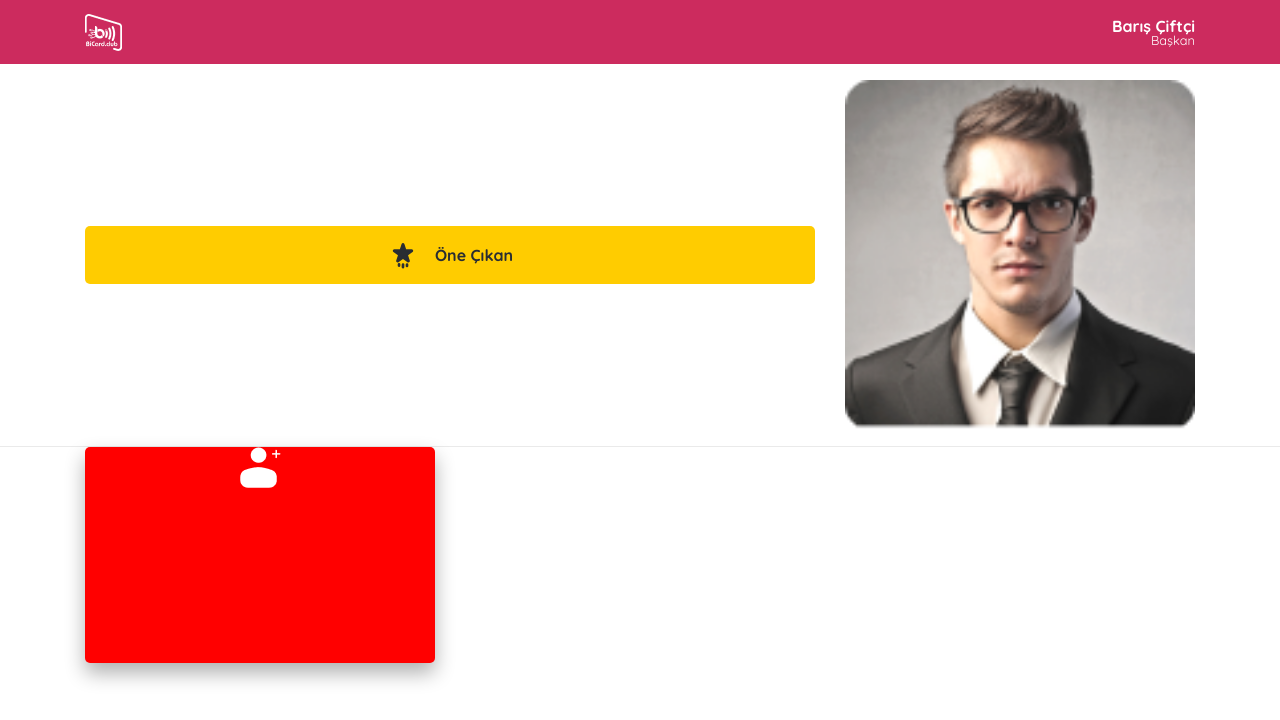
Repository: KayahanKahriman/bicard
Page: index.html
The author's editor kept a copy of each file at every save. The page is drawn from the files as they stood at one save, then again after the next save.
The browser window is 1280 px wide. The pictures show the whole page.
The style sheet was rebuilt from its Sass, Less or Tailwind sources for each picture, by a compiler version that may differ from the author's.

Above is the page before, as saved 2021-12-01 12:18:34.

### index.html
<!doctype html>
<html>

<head>
    <meta name="viewport" content="width=device-width, initial-scale=1, maximum-scale=1, user-scalable=no">
    <meta charset="utf-8" />
    <title>Title</title>
    <link rel="preconnect" href="https://fonts.googleapis.com">
    <link rel="preconnect" href="https://fonts.gstatic.com" crossorigin>
    <link href="https://fonts.googleapis.com/css2?family=Quicksand:wght@400;500;700&display=swap" rel="stylesheet">
    <link href="./assets/css/style.css" type="text/css" rel="stylesheet" />
</head>

<body>
    <header id="app-bar">
        <div class="container h-100">
            <div class="row h-100 align-items-center justify-content-between">
                <div class="col-1">
                    <img src="./assets/images/logo.png" alt="">
                </div>
                <div class="col-11">
                    <div id="app-bar-right">
                        <p id="person-name">Barış Çiftçi</p>
                        <p id="person-title">Başkan</p>
                    </div>
                </div>
            </div>
        </div>
    </header>

    <section id="profile" class="py-3">
        <div class="container">
            <div class="row align-items-center justify-content-center text-center">
                <div class="col-8">
                    <a href="#" class="button jumbo-button button-has-icon"><img src="./assets/images/ranking.svg" alt="">Öne Çıkan</a>
                </div>
                <div class="col-4">
                    <img class="img-contain" src="./assets/images/avatar.png" alt="">
                </div>
            </div>
        </div>
    </section>

    <section id="icon-grid">
        <div class="container">
            <div class="row">
                <div class="col-4">
                    <div class="icon-grid-item">
                        <img src="./assets/images/user-add.png" alt="">
                    </div>
                </div>
            </div>
        </div>
    </section>

    <script src="https://unpkg.com/swiper/swiper-bundle.min.js"></script>
    <script type="text/javascript" src="assets/js/index.js"></script>
</body>

</html>

### assets/scss/style.scss
@import "main";

#app-bar {
  background-color: var(--primary-color);
  height: var(--app-bar-height);
  width: 100%;
  color: white;

  #person-name,
  #person-title {
    line-height: 1;
    text-align: right;
    margin-bottom: 0;
  }

  #person-name {
    font-weight: 600;
  }

  #person-title {
    font-size: 0.8em;
  }
}

#profile {
  background-color: white;
  position: relative;
  top: var(--app-bar-height);
  position: sticky;
  width: 100%;
  border-bottom: 1px solid var(--border-color);
}

/*------------------------------------*\
    RESPONSIVE
\*------------------------------------*/

@media only screen and (min-width: 320px) {
}

@media only screen and (min-width: 480px) {
}

@media only screen and (min-width: 768px) {
}

@media only screen and (min-width: 1024px) {
}

@media only screen and (min-width: 1140px) {
}

@media only screen and (min-width: 1280px) {
}

@media only screen and (-webkit-min-device-pixel-ratio: 1.5),
  only screen and (min-resolution: 144dpi) {
}

### assets/scss/_main.scss
@import "./flex-grid/flexgrid";
@import "vars";
@import "https://unpkg.com/swiper/swiper-bundle.min.css";

*,
*:after,
*:before {
  margin: 0;
  padding: 0;
  -webkit-font-smoothing: antialiased;
  text-rendering: optimizeLegibility;
}

.row-no-padding {
  margin-left: 0;
  margin-right: 0;

  [class*="col-"] {
    padding-left: 0 !important;
    padding-right: 0 !important;
  }
}

a {
  color: var(--link-color);
  text-decoration: none;
}

a:hover,
a:focus,
a:active {
  text-decoration: none;
  outline: none;
}

html,
body {
  height: 100%;
  min-height: 100%;
}

body {
  font-size: 16px;
  color: var(--text-color);
  font-family: var(--primary-font);
  font-weight: 400;
}

.button {
  border-radius: 5px;
  padding: 0.5em 1em;
  transition: all 0.3s ease-in-out;

  &:hover {
    color: var(--text-color);
  }
}

.primary-button {
  background-color: var(--primary-color);

  &:hover {
    background-color: var(--primary-font);
  }
}

.jumbo-button {
  background-color: var(--secondary-color);
  font-weight: 600;
  padding: 0.8em 2em;

  &:hover {
    background-color: var(--darker-secondary-color);
  }
}

.button-has-icon {
  display: flex;
  align-items: center;
  justify-content: center;
  column-gap: 1em;

  img,
  svg {
    width: 2em;
    height: 2em;
    object-position: center;
    object-fit: contain;
  }
}

.img-contain {
  width: 100%;
  height: 100%;
  object-fit: contain;
  object-position: center center;
}

.icon-grid-item {
  border-radius: 5px;
  background-color: red;
  box-shadow: 0 10px 20px #00000050;
  width: 100%;
  padding-bottom: 50%;
  display: flex;
  align-items: center;
  justify-content: center;
}

### assets/scss/flex-grid/_flexgrid.scss
@import "functions";
@import "variables";
@import "mixins";
@import "reboot";
@import "utilities";
@import "grid";

### assets/scss/flex-grid/_functions.scss
// Bootstrap functions
//
// Utility mixins and functions for evaluating source code across our variables, maps, and mixins.

// Ascending
// Used to evaluate Sass maps like our grid breakpoints.
@mixin _assert-ascending($map, $map-name) {
  $prev-key: null;
  $prev-num: null;
  @each $key, $num in $map {
    @if $prev-num == null or unit($num) == "%" {
      // Do nothing
    } @else if not comparable($prev-num, $num) {
      @warn "Potentially invalid value for #{$map-name}: This map must be in ascending order, but key '#{$key}' has value #{$num} whose unit makes it incomparable to #{$prev-num}, the value of the previous key '#{$prev-key}' !";
    } @else if $prev-num >= $num {
      @warn "Invalid value for #{$map-name}: This map must be in ascending order, but key '#{$key}' has value #{$num} which isn't greater than #{$prev-num}, the value of the previous key '#{$prev-key}' !";
    }
    $prev-key: $key;
    $prev-num: $num;
  }
}

// Starts at zero
// Used to ensure the min-width of the lowest breakpoint starts at 0.
@mixin _assert-starts-at-zero($map, $map-name: "$grid-breakpoints") {
  $values: map-values($map);
  $first-value: nth($values, 1);
  @if $first-value != 0 {
    @warn "First breakpoint in #{$map-name} must start at 0, but starts at #{$first-value}.";
  }
}

// Replace `$search` with `$replace` in `$string`
// Used on our SVG icon backgrounds for custom forms.
//
// @author Hugo Giraudel
// @param {String} $string - Initial string
// @param {String} $search - Substring to replace
// @param {String} $replace ('') - New value
// @return {String} - Updated string
@function str-replace($string, $search, $replace: "") {
  $index: str-index($string, $search);

  @if $index {
    @return str-slice($string, 1, $index - 1) + $replace + str-replace(str-slice($string, $index + str-length($search)), $search, $replace);
  }

  @return $string;
}

// Color contrast
@function color-yiq($color, $dark: $yiq-text-dark, $light: $yiq-text-light) {
  $r: red($color);
  $g: green($color);
  $b: blue($color);

  $yiq: (($r * 299) + ($g * 587) + ($b * 114)) / 1000;

  @if ($yiq >= $yiq-contrasted-threshold) {
    @return $dark;
  } @else {
    @return $light;
  }
}

// Retrieve color Sass maps
@function color($key: "blue") {
  @return map-get($colors, $key);
}

@function theme-color($key: "primary") {
  @return map-get($theme-colors, $key);
}

@function gray($key: "100") {
  @return map-get($grays, $key);
}

// Request a theme color level
@function theme-color-level($color-name: "primary", $level: 0) {
  $color: theme-color($color-name);
  $color-base: if($level > 0, $black, $white);
  $level: abs($level);

  @return mix($color-base, $color, $level * $theme-color-interval);
}

### assets/scss/flex-grid/_mixins.scss
// Toggles
//
// Used in conjunction with global variables to enable certain theme features.

// Vendor
@import "vendor/rfs";


// Utilities
@import "mixins/breakpoints";
@import "mixins/image";
@import "mixins/hover";
@import "mixins/deprecate";
@import "mixins/text-hide";
@import "mixins/text-truncate";
@import "mixins/text-emphasis";
@import "mixins/size";


// // Layout
@import "mixins/clearfix";
@import "mixins/grid-framework";
@import "mixins/grid";
@import "mixins/float";

### assets/scss/flex-grid/mixins/_image.scss
// Image Mixins
// - Responsive image
// - Retina image


// Responsive image
//
// Keep images from scaling beyond the width of their parents.

@mixin img-fluid {
  // Part 1: Set a maximum relative to the parent
  max-width: 100%;
  // Part 2: Override the height to auto, otherwise images will be stretched
  // when setting a width and height attribute on the img element.
  height: auto;
}


// Retina image
//
// Short retina mixin for setting background-image and -size.

@mixin img-retina($file-1x, $file-2x, $width-1x, $height-1x) {
  background-image: url($file-1x);

  // Autoprefixer takes care of adding -webkit-min-device-pixel-ratio and -o-min-device-pixel-ratio,
  // but doesn't convert dppx=>dpi.
  // There's no such thing as unprefixed min-device-pixel-ratio since it's nonstandard.
  // Compatibility info: https://caniuse.com/#feat=css-media-resolution
  @media only screen and (min-resolution: 192dpi), // IE9-11 don't support dppx
    only screen and (min-resolution: 2dppx) { // Standardized
    background-image: url($file-2x);
    background-size: $width-1x $height-1x;
  }
  @include deprecate("`img-retina()`", "v4.3.0", "v5");
}

### assets/scss/flex-grid/mixins/_hover.scss
// Hover mixin and `$enable-hover-media-query` are deprecated.
//
// Originally added during our alphas and maintained during betas, this mixin was
// designed to prevent `:hover` stickiness on iOS-an issue where hover styles
// would persist after initial touch.
//
// For backward compatibility, we've kept these mixins and updated them to
// always return their regular pseudo-classes instead of a shimmed media query.
//
// Issue: https://github.com/twbs/bootstrap/issues/25195

@mixin hover {
  &:hover { @content; }
}

@mixin hover-focus {
  &:hover,
  &:focus {
    @content;
  }
}

@mixin plain-hover-focus {
  &,
  &:hover,
  &:focus {
    @content;
  }
}

@mixin hover-focus-active {
  &:hover,
  &:focus,
  &:active {
    @content;
  }
}

### assets/scss/flex-grid/mixins/_grid-framework.scss
// Framework grid generation
//
// Used only by Bootstrap to generate the correct number of grid classes given
// any value of `$grid-columns`.

@mixin make-grid-columns($columns: $grid-columns, $gutter: $grid-gutter-width, $breakpoints: $grid-breakpoints) {
  // Common properties for all breakpoints
  %grid-column {
    position: relative;
    width: 100%;
    padding-right: $gutter / 2;
    padding-left: $gutter / 2;
  }

  @each $breakpoint in map-keys($breakpoints) {
    $infix: breakpoint-infix($breakpoint, $breakpoints);

    // Allow columns to stretch full width below their breakpoints
    @for $i from 1 through $columns {
      .col#{$infix}-#{$i} {
        @extend %grid-column;
      }
    }
    .col#{$infix},
    .col#{$infix}-auto {
      @extend %grid-column;
    }

    @include media-breakpoint-up($breakpoint, $breakpoints) {
      // Provide basic `.col-{bp}` classes for equal-width flexbox columns
      .col#{$infix} {
        flex-basis: 0;
        flex-grow: 1;
        max-width: 100%;
      }
      .col#{$infix}-auto {
        flex: 0 0 auto;
        width: auto;
        max-width: 100%; // Reset earlier grid tiers
      }

      @for $i from 1 through $columns {
        .col#{$infix}-#{$i} {
          @include make-col($i, $columns);
        }
      }

      .order#{$infix}-first { order: -1; }

      .order#{$infix}-last { order: $columns + 1; }

      @for $i from 0 through $columns {
        .order#{$infix}-#{$i} { order: $i; }
      }

      // `$columns - 1` because offsetting by the width of an entire row isn't possible
      @for $i from 0 through ($columns - 1) {
        @if not ($infix == "" and $i == 0) { // Avoid emitting useless .offset-0
          .offset#{$infix}-#{$i} {
            @include make-col-offset($i, $columns);
          }
        }
      }
    }
  }
}

### assets/scss/flex-grid/mixins/_grid.scss
/// Grid system
//
// Generate semantic grid columns with these mixins.

@mixin make-container($gutter: $grid-gutter-width) {
  width: 100%;
  padding-right: $gutter / 2;
  padding-left: $gutter / 2;
  margin-right: auto;
  margin-left: auto;
}


// For each breakpoint, define the maximum width of the container in a media query
@mixin make-container-max-widths($max-widths: $container-max-widths, $breakpoints: $grid-breakpoints) {
  @each $breakpoint, $container-max-width in $max-widths {
    @include media-breakpoint-up($breakpoint, $breakpoints) {
      max-width: $container-max-width;
    }
  }
}

@mixin make-row($gutter: $grid-gutter-width) {
  display: flex;
  flex-wrap: wrap;
  margin-right: -$gutter / 2;
  margin-left: -$gutter / 2;
}

@mixin make-col-ready($gutter: $grid-gutter-width) {
  position: relative;
  // Prevent columns from becoming too narrow when at smaller grid tiers by
  // always setting `width: 100%;`. This works because we use `flex` values
  // later on to override this initial width.
  width: 100%;
  padding-right: $gutter / 2;
  padding-left: $gutter / 2;
}

@mixin make-col($size, $columns: $grid-columns) {
  flex: 0 0 percentage($size / $columns);
  // Add a `max-width` to ensure content within each column does not blow out
  // the width of the column. Applies to IE10+ and Firefox. Chrome and Safari
  // do not appear to require this.
  max-width: percentage($size / $columns);
}

@mixin make-col-offset($size, $columns: $grid-columns) {
  $num: $size / $columns;
  margin-left: if($num == 0, 0, percentage($num));
}

### assets/scss/flex-grid/_utilities.scss
@import "utilities/align";
@import "utilities/clearfix";
@import "utilities/display";
@import "utilities/flex";
@import "utilities/float";
@import "utilities/position";
@import "utilities/text";
@import "utilities/spacing";
@import "utilities/sizing";

### assets/scss/flex-grid/utilities/_flex.scss
// stylelint-disable declaration-no-important

// Flex variation
//
// Custom styles for additional flex alignment options.

@each $breakpoint in map-keys($grid-breakpoints) {
  @include media-breakpoint-up($breakpoint) {
    $infix: breakpoint-infix($breakpoint, $grid-breakpoints);

    .flex#{$infix}-row            { flex-direction: row !important; }
    .flex#{$infix}-column         { flex-direction: column !important; }
    .flex#{$infix}-row-reverse    { flex-direction: row-reverse !important; }
    .flex#{$infix}-column-reverse { flex-direction: column-reverse !important; }

    .flex#{$infix}-wrap         { flex-wrap: wrap !important; }
    .flex#{$infix}-nowrap       { flex-wrap: nowrap !important; }
    .flex#{$infix}-wrap-reverse { flex-wrap: wrap-reverse !important; }
    .flex#{$infix}-fill         { flex: 1 1 auto !important; }
    .flex#{$infix}-grow-0       { flex-grow: 0 !important; }
    .flex#{$infix}-grow-1       { flex-grow: 1 !important; }
    .flex#{$infix}-shrink-0     { flex-shrink: 0 !important; }
    .flex#{$infix}-shrink-1     { flex-shrink: 1 !important; }

    .justify-content#{$infix}-start   { justify-content: flex-start !important; }
    .justify-content#{$infix}-end     { justify-content: flex-end !important; }
    .justify-content#{$infix}-center  { justify-content: center !important; }
    .justify-content#{$infix}-between { justify-content: space-between !important; }
    .justify-content#{$infix}-around  { justify-content: space-around !important; }

    .align-items#{$infix}-start    { align-items: flex-start !important; }
    .align-items#{$infix}-end      { align-items: flex-end !important; }
    .align-items#{$infix}-center   { align-items: center !important; }
    .align-items#{$infix}-baseline { align-items: baseline !important; }
    .align-items#{$infix}-stretch  { align-items: stretch !important; }

    .align-content#{$infix}-start   { align-content: flex-start !important; }
    .align-content#{$infix}-end     { align-content: flex-end !important; }
    .align-content#{$infix}-center  { align-content: center !important; }
    .align-content#{$infix}-between { align-content: space-between !important; }
    .align-content#{$infix}-around  { align-content: space-around !important; }
    .align-content#{$infix}-stretch { align-content: stretch !important; }

    .align-self#{$infix}-auto     { align-self: auto !important; }
    .align-self#{$infix}-start    { align-self: flex-start !important; }
    .align-self#{$infix}-end      { align-self: flex-end !important; }
    .align-self#{$infix}-center   { align-self: center !important; }
    .align-self#{$infix}-baseline { align-self: baseline !important; }
    .align-self#{$infix}-stretch  { align-self: stretch !important; }
  }
}

### assets/scss/flex-grid/utilities/_text.scss
// stylelint-disable declaration-no-important

//
// Text
//

.text-monospace { font-family: $font-family-monospace !important; }

// Alignment

.text-justify  { text-align: justify !important; }
.text-wrap     { white-space: normal !important; }
.text-nowrap   { white-space: nowrap !important; }
.text-truncate { @include text-truncate; }

// Responsive alignment

@each $breakpoint in map-keys($grid-breakpoints) {
  @include media-breakpoint-up($breakpoint) {
    $infix: breakpoint-infix($breakpoint, $grid-breakpoints);

    .text#{$infix}-left   { text-align: left !important; }
    .text#{$infix}-right  { text-align: right !important; }
    .text#{$infix}-center { text-align: center !important; }
  }
}

// Transformation

.text-lowercase  { text-transform: lowercase !important; }
.text-uppercase  { text-transform: uppercase !important; }
.text-capitalize { text-transform: capitalize !important; }

// Weight and italics

.font-weight-light   { font-weight: $font-weight-light !important; }
.font-weight-lighter { font-weight: $font-weight-lighter !important; }
.font-weight-normal  { font-weight: $font-weight-normal !important; }
.font-weight-bold    { font-weight: $font-weight-bold !important; }
.font-weight-bolder  { font-weight: $font-weight-bolder !important; }
.font-italic         { font-style: italic !important; }

// Contextual colors

.text-white { color: $white !important; }

@each $color, $value in $theme-colors {
  @include text-emphasis-variant(".text-#{$color}", $value);
}

.text-body { color: $body-color !important; }
.text-muted { color: $text-muted !important; }

.text-black-50 { color: rgba($black, .5) !important; }
.text-white-50 { color: rgba($white, .5) !important; }

// Misc

.text-hide {
  @include text-hide($ignore-warning: true);
}

.text-decoration-none { text-decoration: none !important; }

.text-break {
  word-break: break-word !important; // IE & < Edge 18
  overflow-wrap: break-word !important;
}

// Reset

.text-reset { color: inherit !important; }

### assets/scss/flex-grid/utilities/_spacing.scss
// stylelint-disable declaration-no-important

// Margin and Padding

@each $breakpoint in map-keys($grid-breakpoints) {
  @include media-breakpoint-up($breakpoint) {
    $infix: breakpoint-infix($breakpoint, $grid-breakpoints);

    @each $prop, $abbrev in (margin: m, padding: p) {
      @each $size, $length in $spacers {
        .#{$abbrev}#{$infix}-#{$size} { #{$prop}: $length !important; }
        .#{$abbrev}t#{$infix}-#{$size},
        .#{$abbrev}y#{$infix}-#{$size} {
          #{$prop}-top: $length !important;
        }
        .#{$abbrev}r#{$infix}-#{$size},
        .#{$abbrev}x#{$infix}-#{$size} {
          #{$prop}-right: $length !important;
        }
        .#{$abbrev}b#{$infix}-#{$size},
        .#{$abbrev}y#{$infix}-#{$size} {
          #{$prop}-bottom: $length !important;
        }
        .#{$abbrev}l#{$infix}-#{$size},
        .#{$abbrev}x#{$infix}-#{$size} {
          #{$prop}-left: $length !important;
        }
      }
    }

    // Negative margins (e.g., where `.mb-n1` is negative version of `.mb-1`)
    @each $size, $length in $spacers {
      @if $size != 0 {
        .m#{$infix}-n#{$size} { margin: -$length !important; }
        .mt#{$infix}-n#{$size},
        .my#{$infix}-n#{$size} {
          margin-top: -$length !important;
        }
        .mr#{$infix}-n#{$size},
        .mx#{$infix}-n#{$size} {
          margin-right: -$length !important;
        }
        .mb#{$infix}-n#{$size},
        .my#{$infix}-n#{$size} {
          margin-bottom: -$length !important;
        }
        .ml#{$infix}-n#{$size},
        .mx#{$infix}-n#{$size} {
          margin-left: -$length !important;
        }
      }
    }

    // Some special margin utils
    .m#{$infix}-auto { margin: auto !important; }
    .mt#{$infix}-auto,
    .my#{$infix}-auto {
      margin-top: auto !important;
    }
    .mr#{$infix}-auto,
    .mx#{$infix}-auto {
      margin-right: auto !important;
    }
    .mb#{$infix}-auto,
    .my#{$infix}-auto {
      margin-bottom: auto !important;
    }
    .ml#{$infix}-auto,
    .mx#{$infix}-auto {
      margin-left: auto !important;
    }
  }
}

### assets/scss/flex-grid/_grid.scss
// Container widths
//
// Set the container width, and override it for fixed navbars in media queries.

@if $enable-grid-classes {
  .container {
    @include make-container();
    @include make-container-max-widths();
  }
}

// Fluid container
//
// Utilizes the mixin meant for fixed width containers, but with 100% width for
// fluid, full width layouts.

@if $enable-grid-classes {
  .container-fluid {
    @include make-container();
  }
}

// Row
//
// Rows contain and clear the floats of your columns.

@if $enable-grid-classes {
  .row {
    @include make-row();
  }

  // Remove the negative margin from default .row, then the horizontal padding
  // from all immediate children columns (to prevent runaway style inheritance).
  .no-gutters {
    margin-right: 0;
    margin-left: 0;

    > .col,
    > [class*="col-"] {
      padding-right: 0;
      padding-left: 0;
    }
  }
}

// Columns
//
// Common styles for small and large grid columns

@if $enable-grid-classes {
  @include make-grid-columns();
}

### assets/scss/_vars.scss
:root {
  // Fonts
  --quicksand: "Quicksand", sans-serif;
  --primary-font: var(--quicksand);

  // Colors
  --primary-color: #cc2b5e;
  --darker-primary-color: #b12451;
  --secondary-color: #ffcc00;
  --darker-secondary-color: #d4aa00;
  --text-color: #292d32;
  --link-color: #292d32;
  --alt-text-color: #616e7d;
  --border-color: #eaeaea;

  // Sizes
  --app-bar-height: 4em;
}

Loaded but not shown: assets/scss/flex-grid/vendor/_rfs.scss (common file); assets/scss/flex-grid/mixins/_deprecate.scss (common file); assets/scss/flex-grid/mixins/_text-hide.scss (common file); assets/scss/flex-grid/mixins/_text-truncate.scss (common file); assets/scss/flex-grid/mixins/_text-emphasis.scss (common file); assets/scss/flex-grid/mixins/_size.scss (common file); assets/scss/flex-grid/mixins/_clearfix.scss (common file); assets/scss/flex-grid/mixins/_float.scss (common file); assets/scss/flex-grid/utilities/_align.scss (common file); assets/scss/flex-grid/utilities/_clearfix.scss (common file); assets/scss/flex-grid/utilities/_display.scss (common file); assets/scss/flex-grid/utilities/_float.scss (common file); assets/scss/flex-grid/utilities/_position.scss (common file); assets/scss/flex-grid/utilities/_sizing.scss (common file); assets/js/index.js (6 lines, source omitted); assets/scss/flex-grid/_variables.scss (1123 lines, source omitted); assets/scss/flex-grid/_reboot.scss (483 lines, source omitted); assets/scss/flex-grid/mixins/_breakpoints.scss (123 lines, source omitted)

After the next save:
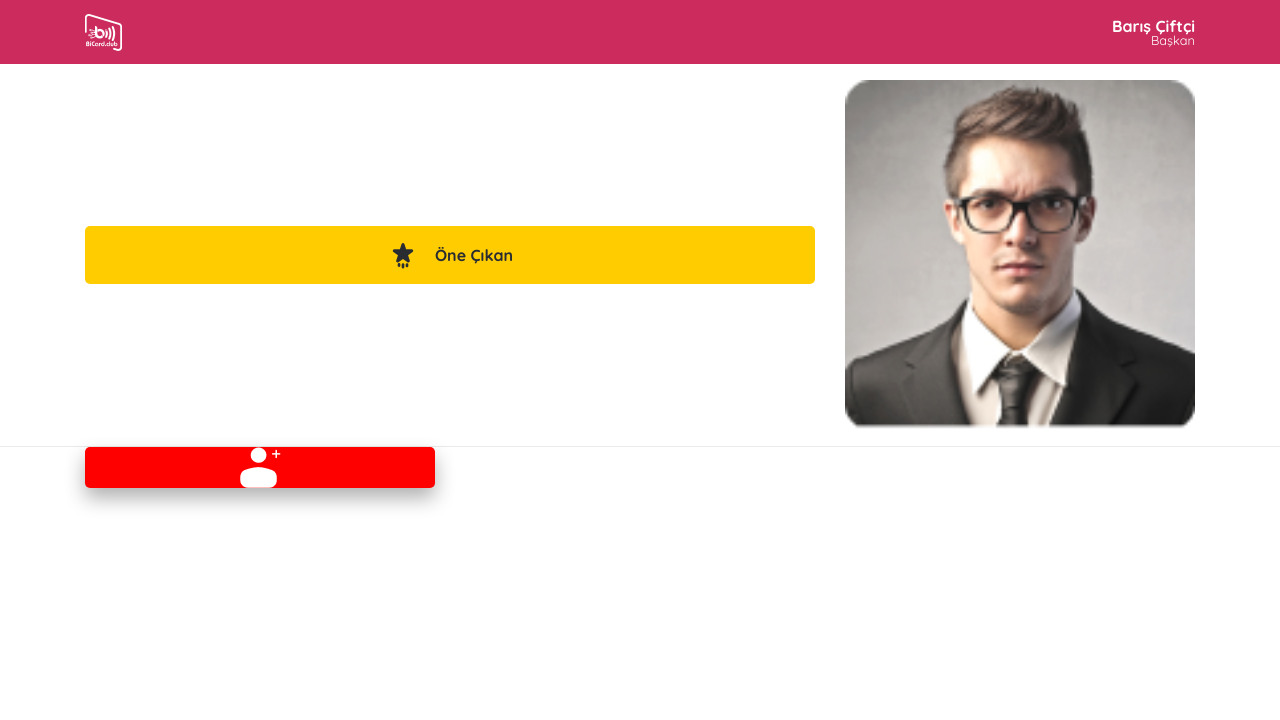
Saved 6 s later.
--- a/assets/scss/_main.scss
+++ b/assets/scss/_main.scss
@@ -101,7 +101,6 @@
   background-color: red;
   box-shadow: 0 10px 20px #00000050;
   width: 100%;
-  padding-bottom: 50%;
   display: flex;
   align-items: center;
   justify-content: center;
